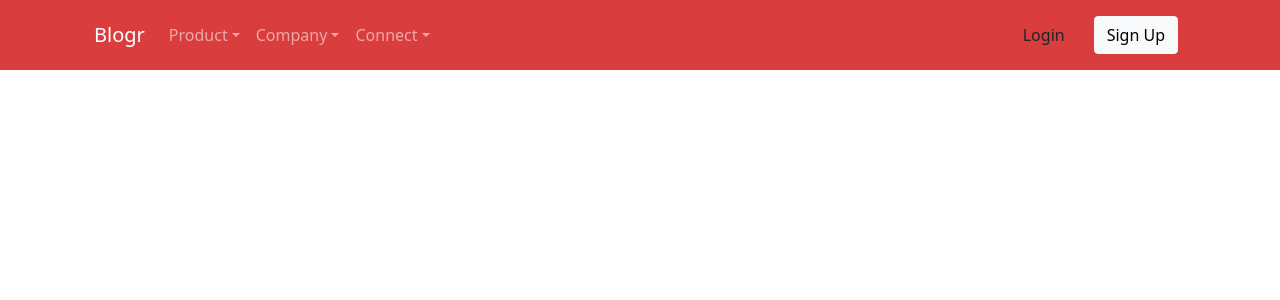
Repository: badhon252/blogr-landing-page
Page: /
These files come from the project's save history. The page is drawn as it stood at one moment and after the next save; the edit follows.
The browser window is 1280 px wide. The pictures show the whole page.
The project was rebuilt for these pictures with package versions that can differ from the ones it lists, and the page was loaded fresh each time.

Above is the page before, as saved 2022-01-17 22:09:28.

After the next save:
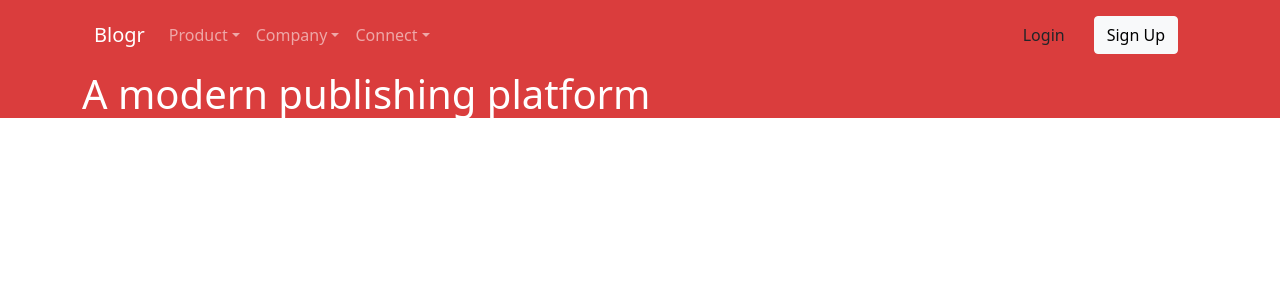
Saved 61 s later.
--- a/src/components/Header/Header.js
+++ b/src/components/Header/Header.js
@@ -7,6 +7,7 @@ export default function Header() {
     <div className="header">
       <div className="container">
         <Nav />
+        <h1>A modern publishing platform</h1>
       </div>
     </div>
   );
